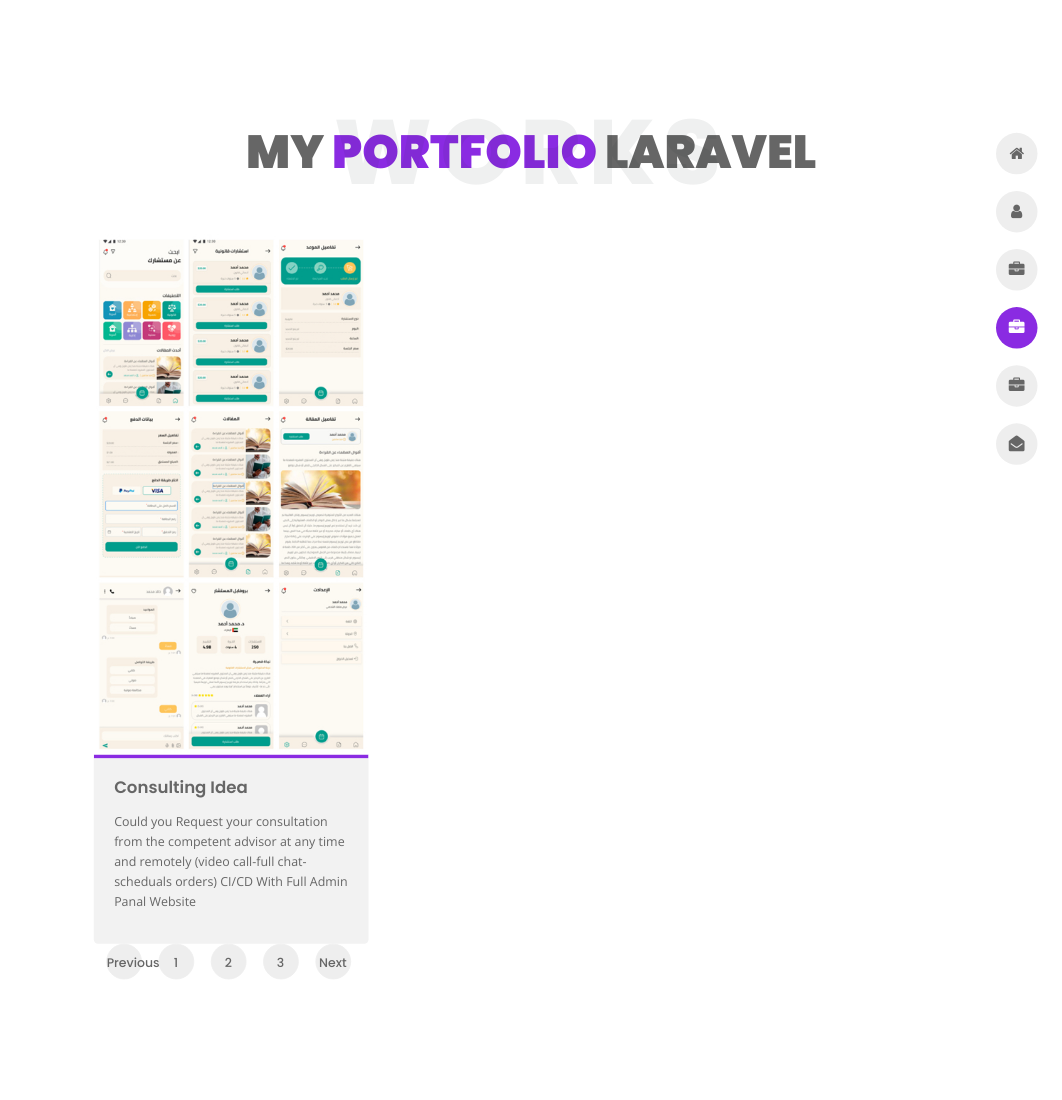
Repository: mhamdimno/mywebsite
Page: portfolioLaravel.html
The author's editor kept a copy of each file at every save. The page is drawn from the files as they stood at one save, then again after the next save.
The browser window is 1280 px wide. The pictures show the whole page, at 83% of full size.

Above is the page before, as saved 2023-06-03 17:33:38.

### portfolioLaravel.html
<!DOCTYPE html>
<html lang="en">

<head>
    <meta charset="utf-8">
    <title>Portfolio - Personal Portfolio</title>
    <meta name="viewport" content="width=device-width, initial-scale=1">

    <!-- Template Google Fonts -->
    <link href="https://fonts.googleapis.com/css?family=Poppins:400,400i,500,500i,600,600i,700,700i,800,800i,900,900i" rel="stylesheet">
    <link href="https://fonts.googleapis.com/css?family=Open+Sans:300,400,400i,600,600i,700" rel="stylesheet">

    <!-- Template CSS Files -->
    <link href="css/bootstrap.min.css" rel="stylesheet">
    <link href="css/preloader.min.css" rel="stylesheet">
    <link href="css/circle.css" rel="stylesheet">
    <link href="css/font-awesome.min.css" rel="stylesheet">
    <link href="css/fm.revealator.jquery.min.css" rel="stylesheet">
    <link href="css/style.css" rel="stylesheet">



    <!-- Modernizr JS File -->
    <script src="js/modernizr.custom.js"></script>
</head>

<body class="portfolio light blog">

<!-- Header Starts -->
<header class="header" id="navbar-collapse-toggle">
    <!-- Fixed Navigation Starts -->
    <ul class="icon-menu d-none d-lg-block revealator-slideup revealator-once revealator-delay1">
        <li class="icon-box">
            <i class="fa fa-home"></i>
            <a href="index.html">
                <h2>Home</h2>
            </a>
        </li>
        <li class="icon-box">
            <i class="fa fa-user"></i>
            <a href="about.html">
                <h2>About</h2>
            </a>
        </li>
        <li class="icon-box">
            <i class="fa fa-briefcase"></i>
            <a href="portfolioIOS.html">
                <h2>IOS</h2>
            </a>
        </li>
        <li class="icon-box active">
            <i class="fa fa-briefcase"></i>
            <a href="portfolioFlutter.html">
                <h2>Flutter</h2>
            </a>
        </li>
        <li class="icon-box">
            <i class="fa fa-briefcase"></i>
            <a href="portfolioLaravel.html">
                <h2>Laravel</h2>
            </a>
        </li>

        <li clas
        <li class="icon-box">
            <i class="fa fa-envelope-open"></i>
            <a href="contact.html">
                <h2>Contact</h2>
            </a>
        </li>

    </ul>
    <!-- Fixed Navigation Ends -->
    <!-- Mobile Menu Starts -->
    <nav role="navigation" class="d-block d-lg-none">
        <div id="menuToggle">
            <input type="checkbox" />
            <span></span>
            <span></span>
            <span></span>
            <ul class="list-unstyled" id="menu">
                <li><a href="index.html"><i class="fa fa-home"></i><span>Home</span></a></li>
                <li><a href="about.html"><i class="fa fa-user"></i><span>About</span></a></li>
                <li><a href="portfolioIOS.html"><i class="fa fa-folder-open"></i><span>IOS</span></a></li>
                <li><a href="portfolioFlutter.html"><i class="fa fa-folder-open"></i><span>Flutter</span></a></li>
                <li><a href="portfolioLaravel.html"><i class="fa fa-folder-open"></i><span>Laravel</span></a></li>
                <li><a href="contact.html"><i class="fa fa-envelope-open"></i><span>Contact</span></a></li>
            </ul>
        </div>
    </nav>
    <!-- Mobile Menu Ends -->
</header>
<!-- Header Ends -->
<!-- Page Title Starts -->

<section class="main-content revealator-slideup revealator-once revealator-delay1">
    <div class="container">





</section>
<!-- Page Title Ends -->
<section class="title-section text-left text-sm-center revealator-slideup revealator-once revealator-delay1">
    <h1>my <span>portfolio</span> Laravel <span></span></h1>
    <span class="title-bg">works</span>
</section>
<!-- Page Title Ends -->

<!-- Main Content Starts -->
<section class="main-content revealator-slideup revealator-once revealator-delay1">
    <div class="container">
        <!-- Articles Starts -->
        <div class="row">
  <!-- Article Starts -->

  <div class="col-12 col-md-6 col-lg-6 col-xl-4 mb-30">
    <article class="post-container">
        <div class="post-thumb">
            <a href="projects/consulting_idea/index.html" class="d-block position-relative overflow-hidden">
                <img src="img/projects/consulting_idea.jpg" class="img-fluid" alt="consulting_idea">
            </a>
        </div>
        <div class="post-content">
            <div class="entry-header">
                <h3><a href="projects/consulting_idea/index.html">Consulting Idea</a></h3>
            </div>
            <div class="entry-content open-sans-font">
                <p>Could you
                    Request your consultation
                    from the competent advisor
                    at any time and remotely
                    (video call-full chat-scheduals orders) CI/CD With Full Admin Panal Website</p>
            </p>
            </div>
        </div>
    </article>


    <div class="col-12 col-md-6 col-lg-6 col-xl-4 mb-30" &nbsp;>
        <nav aria-label="Page navigation example">
    <ul class="pagination">
      <li class="page-item"><a class="page-link" href="#">Previous</a></li>
      <li class="page-item"><a class="page-link" href="#">1</a></li>
      <li class="page-item"><a class="page-link" href="#">2</a></li>
      <li class="page-item"><a class="page-link" href="#">3</a></li>
      <li class="page-item"><a class="page-link" href="#">Next</a></li>
    </ul>
  </nav>


    </div>
<!-- Main Content Ends -->
</section>

<!-- Template JS Files -->
<script src="js/jquery-3.5.0.min.js"></script>
<script src="js/styleswitcher.js"></script>
<script src="js/preloader.min.js"></script>
<script src="js/fm.revealator.jquery.min.js"></script>
<script src="js/imagesloaded.pkgd.min.js"></script>
<script src="js/masonry.pkgd.min.js"></script>
<script src="js/classie.js"></script>
<script src="js/cbpGridGallery.js"></script>
<script src="js/jquery.hoverdir.js"></script>
<script src="js/popper.min.js"></script>
<script src="js/bootstrap.js"></script>
<script src="js/custom.js"></script>

</body>

</html>

Loaded but not shown: css/bootstrap.min.css (library); css/preloader.min.css (common file); css/font-awesome.min.css (library); css/fm.revealator.jquery.min.css (common file); js/modernizr.custom.js (library); js/jquery-3.5.0.min.js (library); js/preloader.min.js (common file); js/fm.revealator.jquery.min.js (common file); js/imagesloaded.pkgd.min.js (library); js/masonry.pkgd.min.js (library); js/jquery.hoverdir.js (library); js/popper.min.js (library); js/bootstrap.js (library); js/cbpGridGallery.js (364 lines, source omitted); js/styleswitcher.js (218 lines, source omitted); js/custom.js (142 lines, source omitted); js/classie.js (68 lines, source omitted); css/style.css (1791 lines, source omitted); css/circle.css (1054 lines, source omitted)

After the next save:
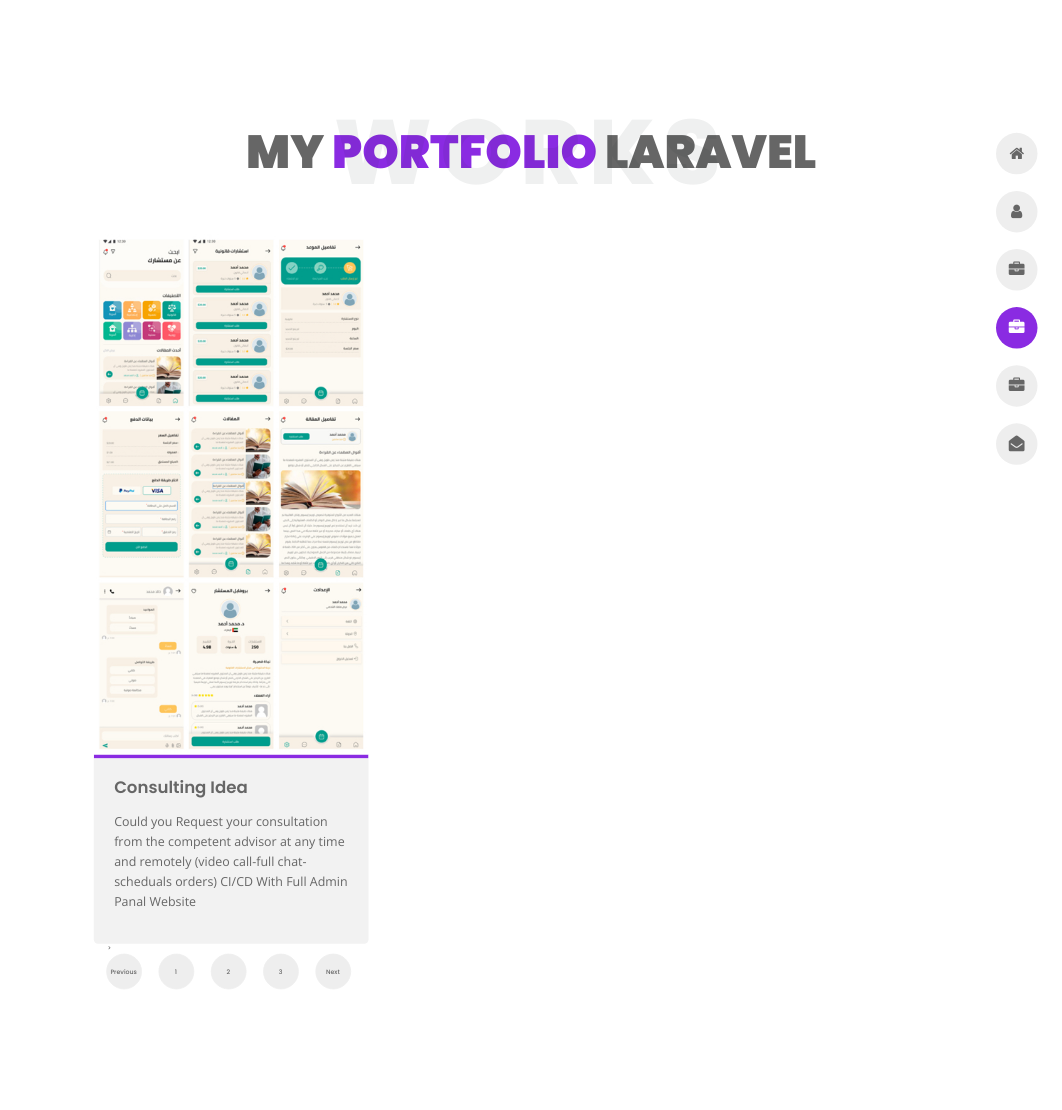
Saved 43 s later.
--- a/portfolioLaravel.html
+++ b/portfolioLaravel.html
@@ -138,7 +138,7 @@
     </article>
 
 
-    <div class="col-12 col-md-6 col-lg-6 col-xl-4 mb-30" &nbsp;>
+    <div class="col-12 col-md-6 col-lg-6 col-xl-4 mb-30" style="font-size: .5em;">&nbsp;>
         <nav aria-label="Page navigation example">
     <ul class="pagination">
       <li class="page-item"><a class="page-link" href="#">Previous</a></li>
